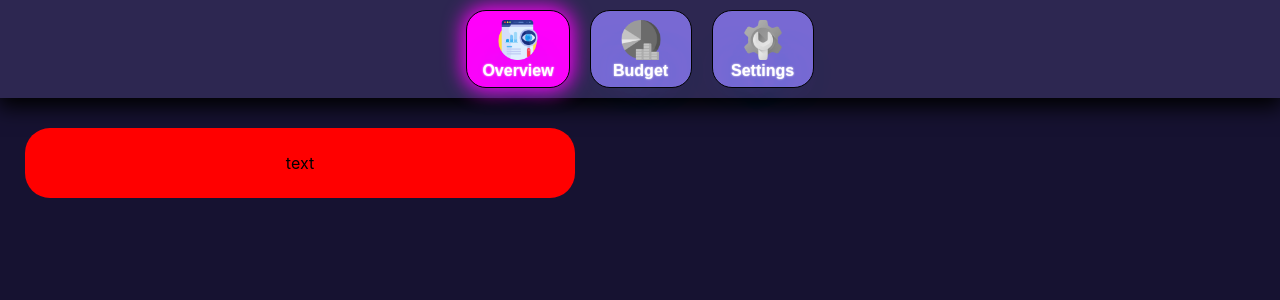
Repository: Minkeani/Money-Manager
Page: /Overview
An editor plug-in stored every save of this project. The page is shown before and after the next save, followed by the edit.
The browser window is 1280 px wide. The pictures show the whole page.
The project was rebuilt for these pictures with package versions that can differ from the ones it lists, and the page was loaded fresh each time. Also part of the build but not shown: src/components/Budget/Budget.jsx, src/components/Settings/Settings.jsx, src/components/NotFound/NotFound.module.css, src/components/NotFound/NotFound.jsx.

Above is the page before, as saved 2022-07-13 21:56:14.

After the next save:
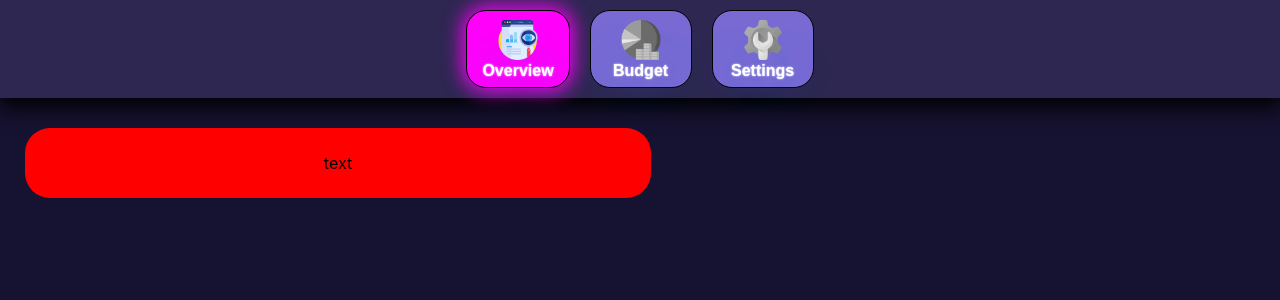
Saved 13 s later.
--- a/src/components/OverviewBlocks/Overview.module.css
+++ b/src/components/OverviewBlocks/Overview.module.css
@@ -1,7 +1,7 @@
 .container {
     overflow-y: auto;
     border-radius: 1.5625rem;
-    width: 500px;
+    width: 45%;
     padding: 25px;
     margin: 25px;
     background: red;
